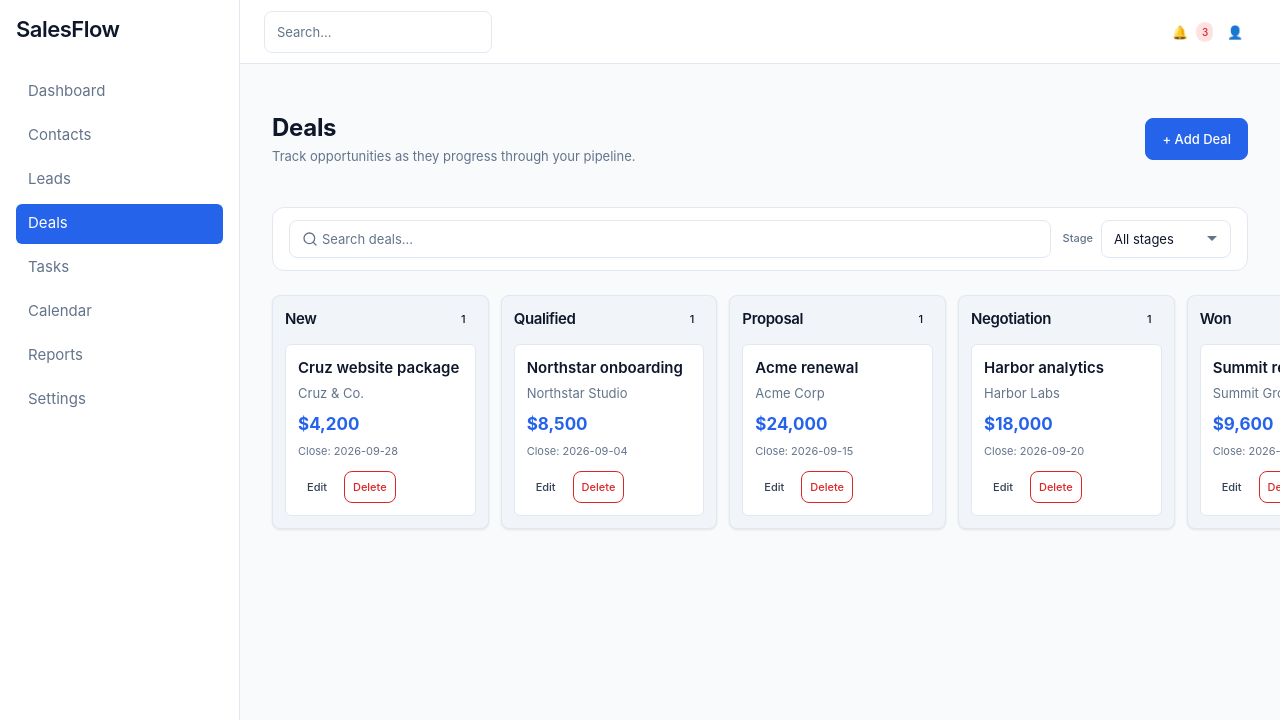
Repository: lawrencegonzaga-dev/salesflow-crm
Page: /deals
An editor plug-in stored every save of this project. The page is shown before and after the next save, followed by the edit.
The browser window is 1280 px wide. The pictures show the whole page.
The project was rebuilt for these pictures with package versions that can differ from the ones it lists, and the page was loaded fresh each time. Also part of the build but not shown: vite.config.js, src/components/StatCard.jsx, src/components/DashboardLeads.jsx, src/components/DashboardDeals.jsx, src/components/DashboardTasks.jsx, src/components/RecentActivity.jsx, src/pages/Dashboard.jsx, src/components/ContactForm.jsx and 25 more.

Above is the page before, as saved 2026-08-18 00:36:14.

After the next save:
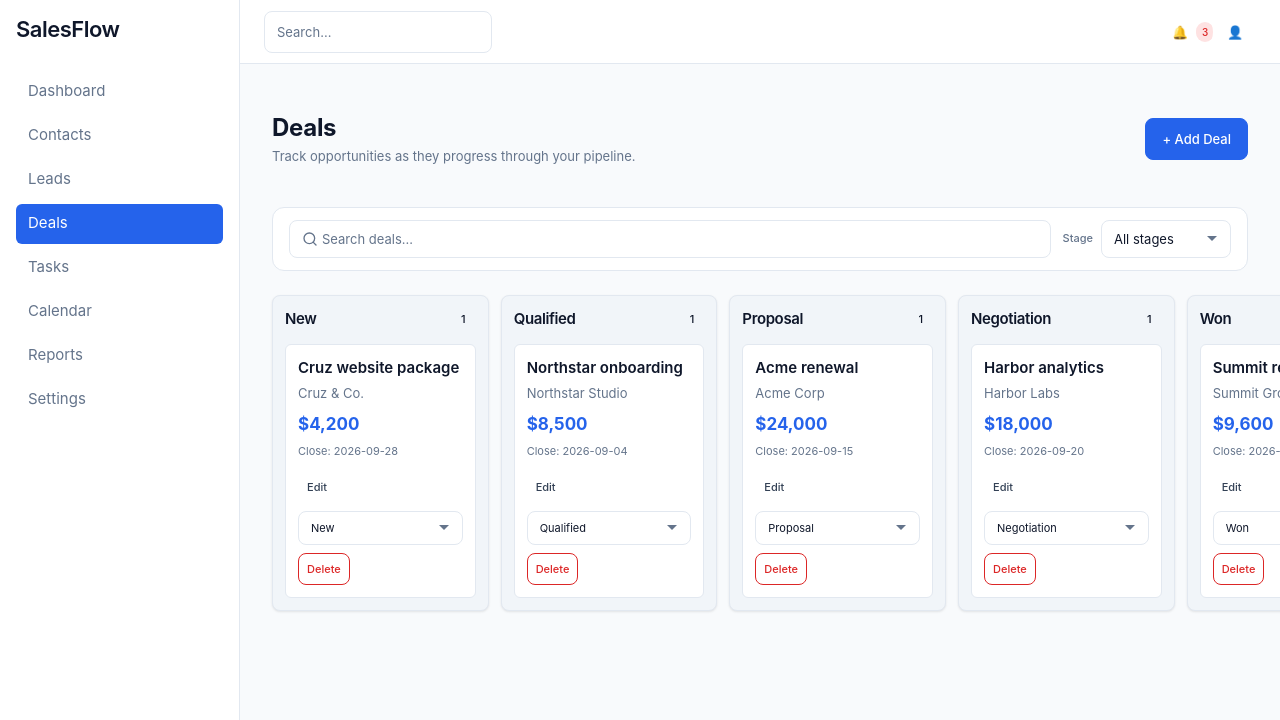
Saved 39 s later.
--- a/src/pages/Deals.jsx
+++ b/src/pages/Deals.jsx
@@ -22,6 +22,7 @@
     const [searchTerm, setSearchTerm] = useState("");
     const [stageFilter, setStageFilter] = useState("All");
     const [draggedDeal, setDraggedDeal] = useState(null);
+    const [dragOverStage, setDragOverStage] = useState(null);
 
     const visibleDeals = useMemo(() => {
         const search = searchTerm.trim().toLowerCase();
@@ -60,6 +61,14 @@
         }
     }
 
+    function handleDrop(stage) {
+        if (draggedDeal && draggedDeal.stage !== stage) {
+            saveRecord("deals", { ...draggedDeal, stage });
+        }
+        setDraggedDeal(null);
+        setDragOverStage(null);
+    }
+
     return (
         <section className="page">
             <header className="page-header">
@@ -76,7 +85,6 @@
                 </div>
             </header>
 
-            {/* Deal Form */}
             {showForm && (
                 <section className="card card--elevated">
                     <div className="card-header card-header--center">
@@ -89,7 +97,7 @@
                             </p>
                         </div>
                         <button className="button button--ghost button--icon" onClick={closeForm}>
-                            ✕
+                            ×
                         </button>
                     </div>
                     <RecordForm
@@ -103,7 +111,6 @@
                 </section>
             )}
 
-            {/* Toolbar */}
             <section className="toolbar">
                 <div className="search-field">
                     <input
@@ -128,49 +135,43 @@
                 </div>
             </section>
 
-            {/* Kanban Board */}
             <div className="kanban-board">
                 {stages.map((stage) => {
                     const stageDeals = visibleDeals.filter((deal) => deal.stage === stage);
+                    const isDropTarget = dragOverStage === stage && draggedDeal?.stage !== stage;
+
                     return (
-                     <section
-                            className={`kanban-column ${draggedDeal ? "kanban-column--drop-target" : ""}`}
+                        <section
+                            className={`kanban-column ${isDropTarget ? "kanban-column--drop-target" : ""}`}
                             key={stage}
                             onDragOver={(event) => {
                                 event.preventDefault();
+                                if (dragOverStage !== stage) setDragOverStage(stage);
                             }}
-                            onDrop={() => {
-                                if (!draggedDeal || draggedDeal.stage === stage) {
-                                setDraggedDeal(null);
-                                return;
-                                }
-
-                                saveRecord("deals", {
-                                ...draggedDeal,
-                                stage,
-                                });
-
-                                setDraggedDeal(null);
+                            onDragLeave={() => {
+                                setDragOverStage((current) => (current === stage ? null : current));
                             }}
-                            >
-                        <header className="kanban-column_header">
-                            <h2>{stage}</h2>
-                            <span className="badge">{stageDeals.length}</span>
-                        </header>
-                        <div className="kanban-column_body">
+                            onDrop={() => handleDrop(stage)}
+                        >
+                            <header className="kanban-column_header">
+                                <h2>{stage}</h2>
+                                <span className="badge">{stageDeals.length}</span>
+                            </header>
+                            <div className="kanban-column_body">
                                 {stageDeals.map((deal) => (
                                     <article
                                         className="deal-card"
                                         key={deal.id}
                                         draggable
                                         onDragStart={() => setDraggedDeal(deal)}
-                                        onDragEnd={() => setDraggedDeal(null)}
-                                        >
-                                                                                <h3>{deal.name}</h3>
+                                        onDragEnd={() => {
+                                            setDraggedDeal(null);
+                                            setDragOverStage(null);
+                                        }}
+                                    >
+                                        <h3>{deal.name}</h3>
                                         <p>{deal.company}</p>
-                                        <strong>
-                                            ${Number(deal.value || 0).toLocaleString()}
-                                        </strong>
+                                        <strong>${Number(deal.value || 0).toLocaleString()}</strong>
                                         <small>Close: {deal.closeDate || "Not set"}</small>
                                         <div className="row-actions">
                                             <button
@@ -179,6 +180,18 @@
                                             >
                                                 Edit
                                             </button>
+                                            <select
+                                                aria-label={`Move ${deal.name} to stage`}
+                                                className="button--sm"
+                                                value={deal.stage}
+                                                onChange={(event) =>
+                                                    saveRecord("deals", { ...deal, stage: event.target.value })
+                                                }
+                                            >
+                                                {stages.map((s) => (
+                                                    <option key={s} value={s}>{s}</option>
+                                                ))}
+                                            </select>
                                             <button
                                                 className="button button--sm button--danger"
                                                 onClick={() => deleteDeal(deal.id)}

After the save that followed:
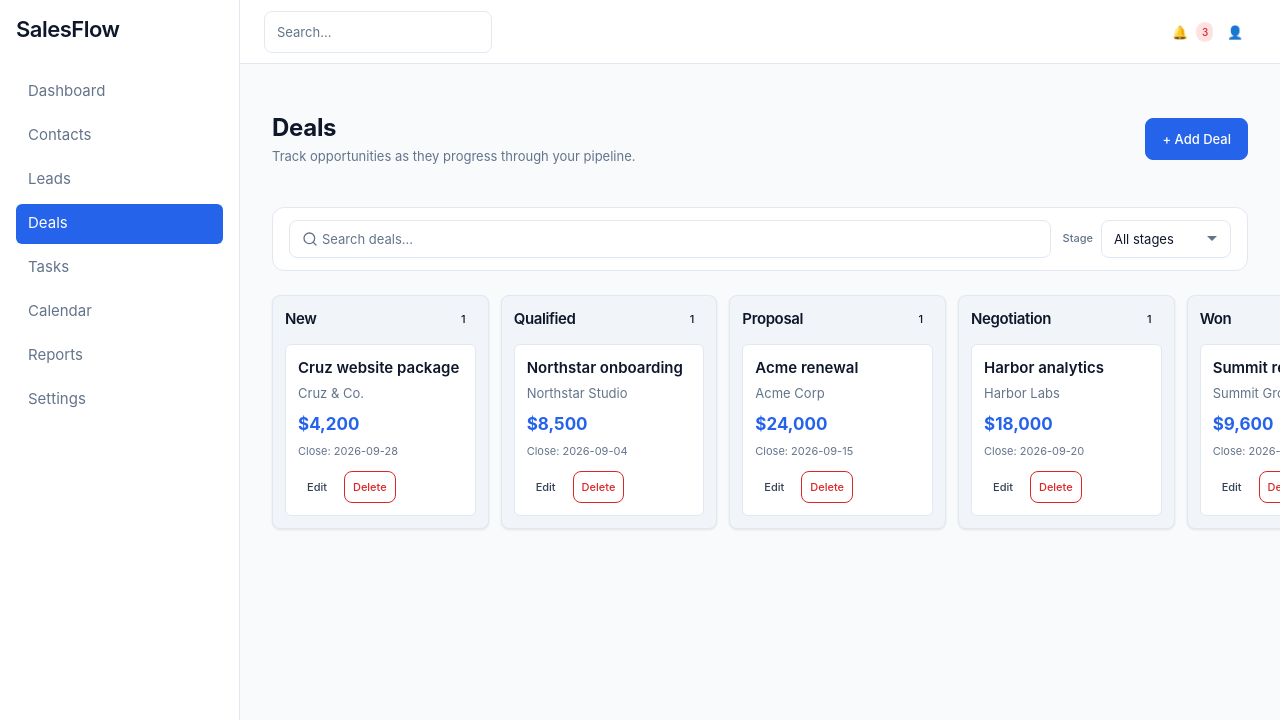
Saved 14 s later.
--- a/src/pages/Deals.jsx
+++ b/src/pages/Deals.jsx
@@ -22,7 +22,6 @@
     const [searchTerm, setSearchTerm] = useState("");
     const [stageFilter, setStageFilter] = useState("All");
     const [draggedDeal, setDraggedDeal] = useState(null);
-    const [dragOverStage, setDragOverStage] = useState(null);
 
     const visibleDeals = useMemo(() => {
         const search = searchTerm.trim().toLowerCase();
@@ -61,14 +60,6 @@
         }
     }
 
-    function handleDrop(stage) {
-        if (draggedDeal && draggedDeal.stage !== stage) {
-            saveRecord("deals", { ...draggedDeal, stage });
-        }
-        setDraggedDeal(null);
-        setDragOverStage(null);
-    }
-
     return (
         <section className="page">
             <header className="page-header">
@@ -85,6 +76,7 @@
                 </div>
             </header>
 
+            {/* Deal Form */}
             {showForm && (
                 <section className="card card--elevated">
                     <div className="card-header card-header--center">
@@ -97,7 +89,7 @@
                             </p>
                         </div>
                         <button className="button button--ghost button--icon" onClick={closeForm}>
-                            ×
+                            ✕
                         </button>
                     </div>
                     <RecordForm
@@ -111,6 +103,7 @@
                 </section>
             )}
 
+            {/* Toolbar */}
             <section className="toolbar">
                 <div className="search-field">
                     <input
@@ -135,43 +128,49 @@
                 </div>
             </section>
 
+            {/* Kanban Board */}
             <div className="kanban-board">
                 {stages.map((stage) => {
                     const stageDeals = visibleDeals.filter((deal) => deal.stage === stage);
-                    const isDropTarget = dragOverStage === stage && draggedDeal?.stage !== stage;
-
                     return (
-                        <section
-                            className={`kanban-column ${isDropTarget ? "kanban-column--drop-target" : ""}`}
+                     <section
+                            className={`kanban-column ${draggedDeal ? "kanban-column--drop-target" : ""}`}
                             key={stage}
                             onDragOver={(event) => {
                                 event.preventDefault();
-                                if (dragOverStage !== stage) setDragOverStage(stage);
                             }}
-                            onDragLeave={() => {
-                                setDragOverStage((current) => (current === stage ? null : current));
+                            onDrop={() => {
+                                if (!draggedDeal || draggedDeal.stage === stage) {
+                                setDraggedDeal(null);
+                                return;
+                                }
+
+                                saveRecord("deals", {
+                                ...draggedDeal,
+                                stage,
+                                });
+
+                                setDraggedDeal(null);
                             }}
-                            onDrop={() => handleDrop(stage)}
-                        >
-                            <header className="kanban-column_header">
-                                <h2>{stage}</h2>
-                                <span className="badge">{stageDeals.length}</span>
-                            </header>
-                            <div className="kanban-column_body">
+                            >
+                        <header className="kanban-column_header">
+                            <h2>{stage}</h2>
+                            <span className="badge">{stageDeals.length}</span>
+                        </header>
+                        <div className="kanban-column_body">
                                 {stageDeals.map((deal) => (
                                     <article
                                         className="deal-card"
                                         key={deal.id}
                                         draggable
                                         onDragStart={() => setDraggedDeal(deal)}
-                                        onDragEnd={() => {
-                                            setDraggedDeal(null);
-                                            setDragOverStage(null);
-                                        }}
-                                    >
-                                        <h3>{deal.name}</h3>
+                                        onDragEnd={() => setDraggedDeal(null)}
+                                        >
+                                                                                <h3>{deal.name}</h3>
                                         <p>{deal.company}</p>
-                                        <strong>${Number(deal.value || 0).toLocaleString()}</strong>
+                                        <strong>
+                                            ${Number(deal.value || 0).toLocaleString()}
+                                        </strong>
                                         <small>Close: {deal.closeDate || "Not set"}</small>
                                         <div className="row-actions">
                                             <button
@@ -180,18 +179,6 @@
                                             >
                                                 Edit
                                             </button>
-                                            <select
-                                                aria-label={`Move ${deal.name} to stage`}
-                                                className="button--sm"
-                                                value={deal.stage}
-                                                onChange={(event) =>
-                                                    saveRecord("deals", { ...deal, stage: event.target.value })
-                                                }
-                                            >
-                                                {stages.map((s) => (
-                                                    <option key={s} value={s}>{s}</option>
-                                                ))}
-                                            </select>
                                             <button
                                                 className="button button--sm button--danger"
                                                 onClick={() => deleteDeal(deal.id)}
